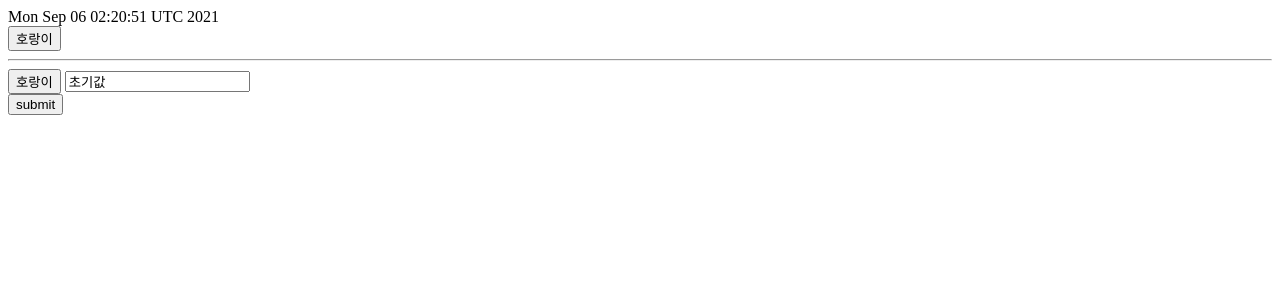
Repository: soobin10236/Class
Page: http://localhost/Web10/
The author's editor kept a copy of each file at every save. The page is drawn from the files as they stood at one save, then again after the next save.
The browser window is 1280 px wide. The pictures show the whole page.
The page is served by Tomcat 9.

Above is the page before, as saved 2021-09-08 02:44:58.

After the next save:
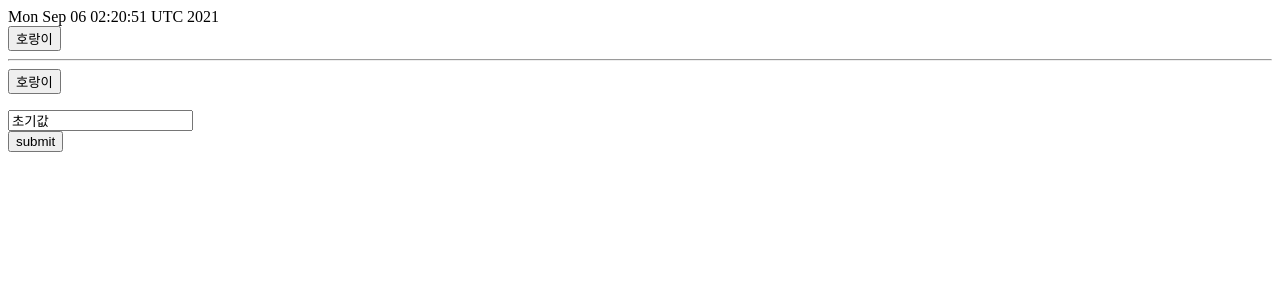
Saved 10 s later.
--- a/Web10/src/main/webapp/index.jsp
+++ b/Web10/src/main/webapp/index.jsp
@@ -24,7 +24,7 @@
 	<%= date %><br/>
 	<button>호랑이</button>
 	<hr/>
-	<button>호랑이</button>
+	<button>호랑이</button><p>
 	<input type="text" value="초기값"/><br/>
 	<input type="submit" value="submit"/>
 
